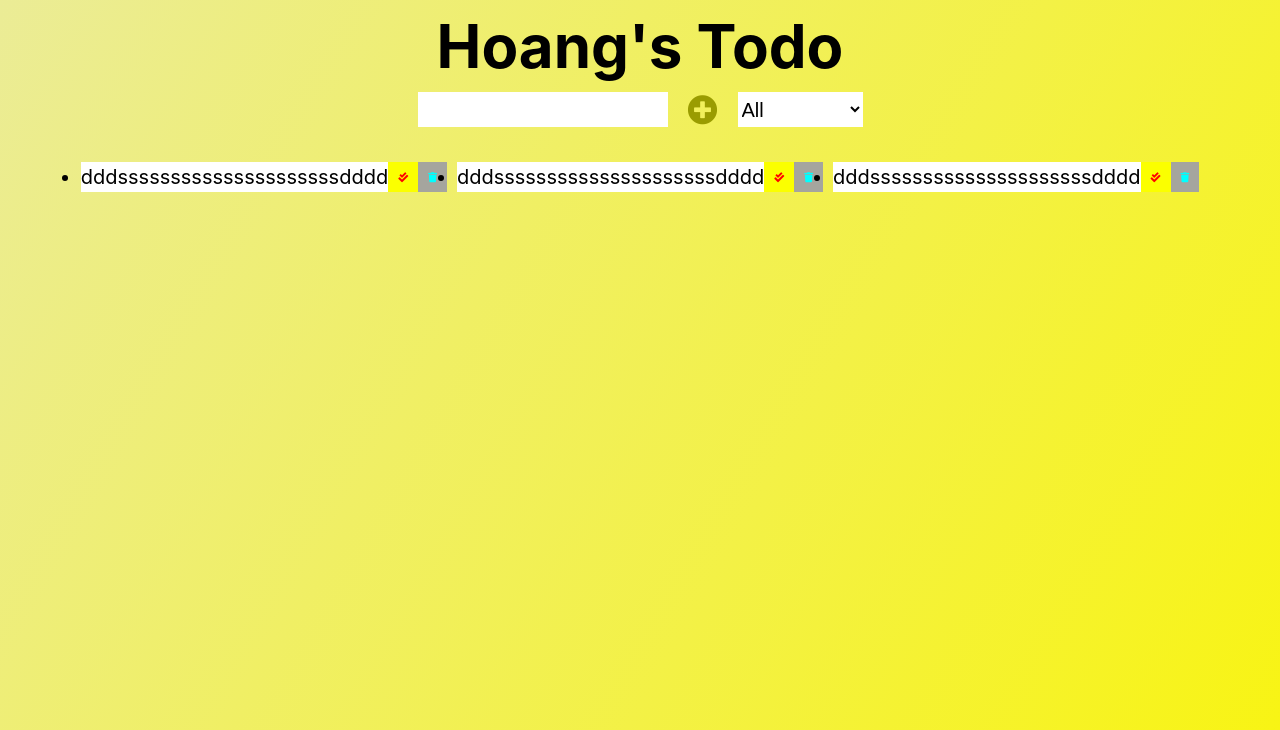
Repository: DinhHoang0607/TodoReact
Page: /
An editor plug-in stored every save of this project. The page is shown before and after a run of saves, followed by the edit.
The browser window is 1280 px wide. The pictures show the whole page.
Some web libraries are served in a nearby version. The project was rebuilt for these pictures with package versions that can differ from the ones it lists, and the page was loaded fresh each time.

Above is the page before, as saved 2021-09-11 22:00:41.

After the next 2 saves:
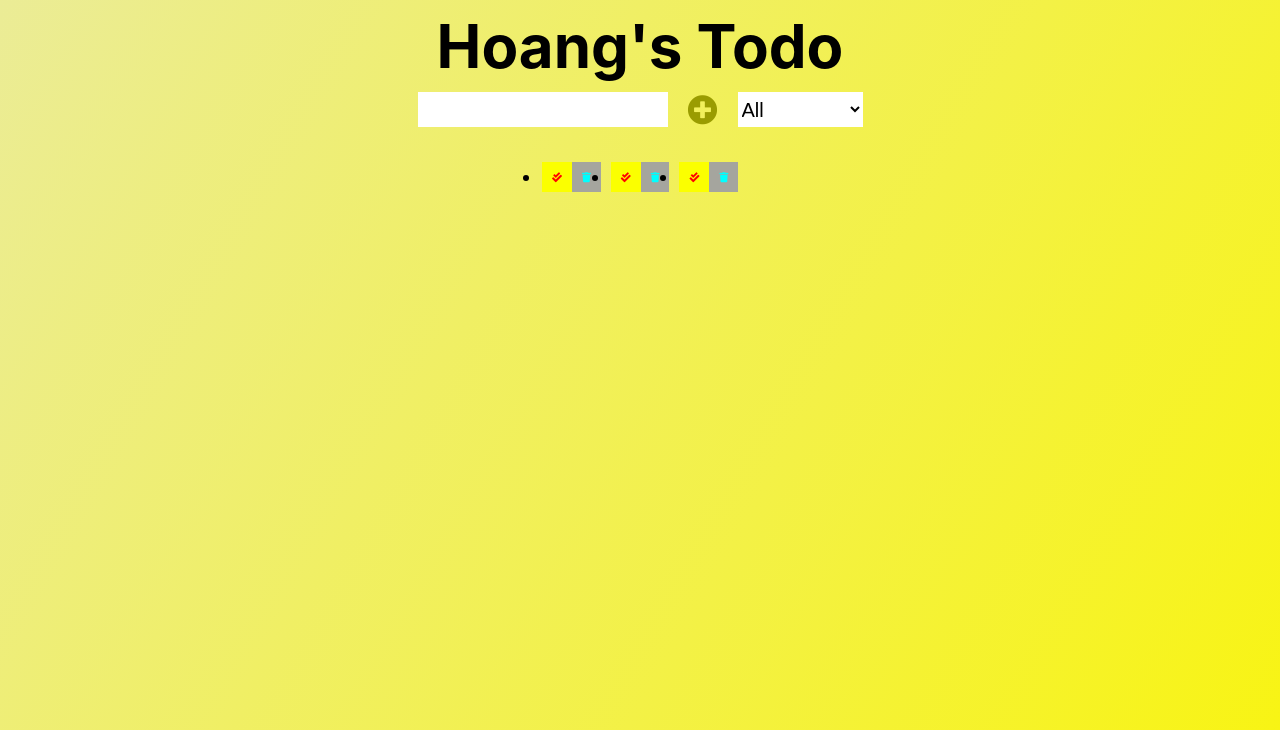
The 2 saves are shown as one change because they came seconds apart.
The last was saved 6 s later.
--- a/src/components/Item.js
+++ b/src/components/Item.js
@@ -3,7 +3,7 @@ import React from "react";
 const Item = ({ item }) => {
   return (
     <div className="item">
-      <li className="item__li">dddsssssssssssssssssssssdddd</li>
+      <li className="item__li">{item}</li>
       <button className="btn fas fa-check-double"></button>
       <button className="btn fas fa-trash"></button>
     </div>
